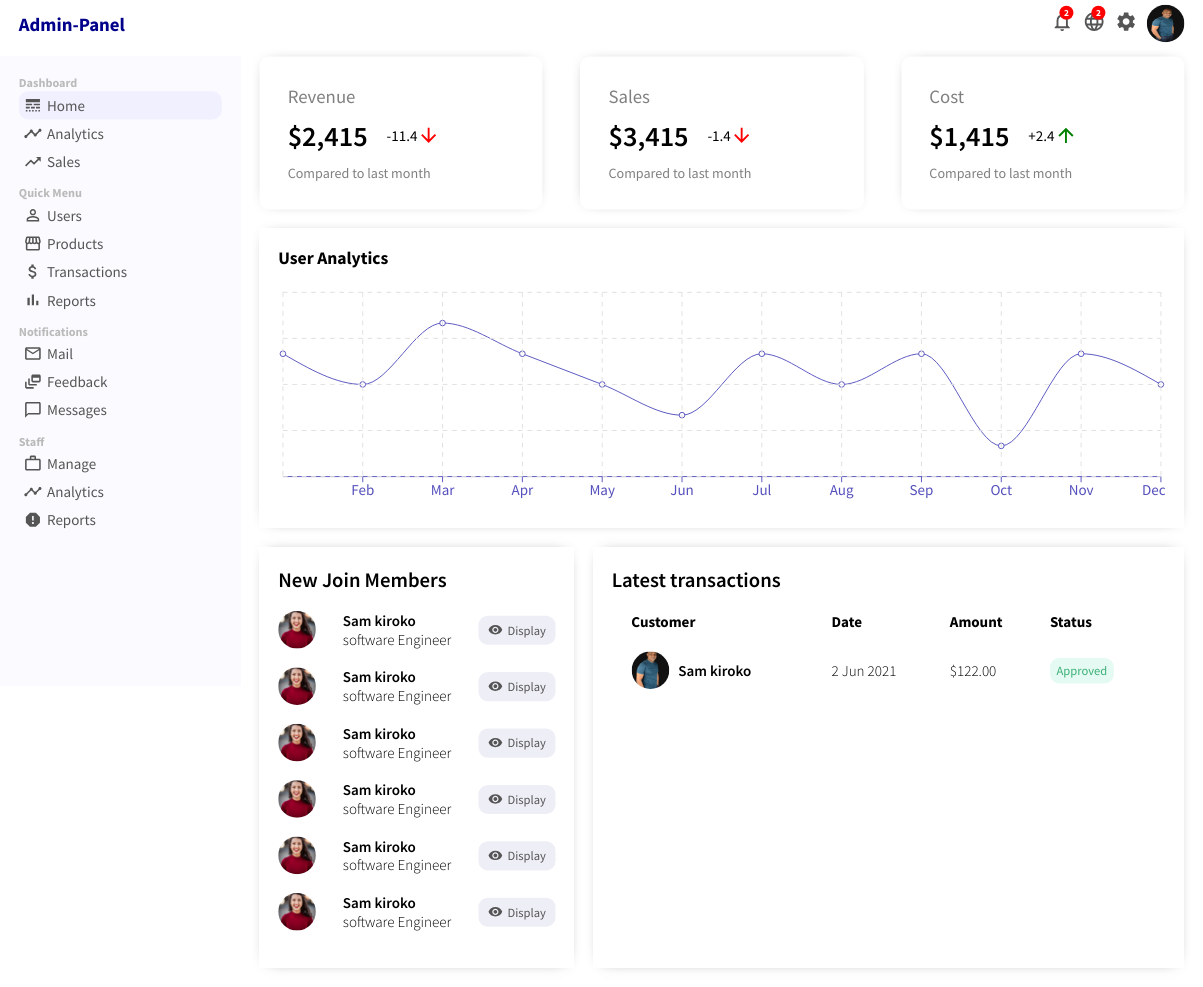
Repository: Samkiroko/admin-panel-ui
Page: /newUser
The author's editor kept a copy of each file at every save. The page is drawn from the files as they stood at one save, then again after the next save.
The browser window is 1280 px wide. The pictures show the whole page, at 94% of full size.
The project was rebuilt for these pictures with package versions that can differ from the ones it lists, and the page was loaded fresh each time.

Above is the page before, as saved 2021-09-22 22:20:49.

After the next save:
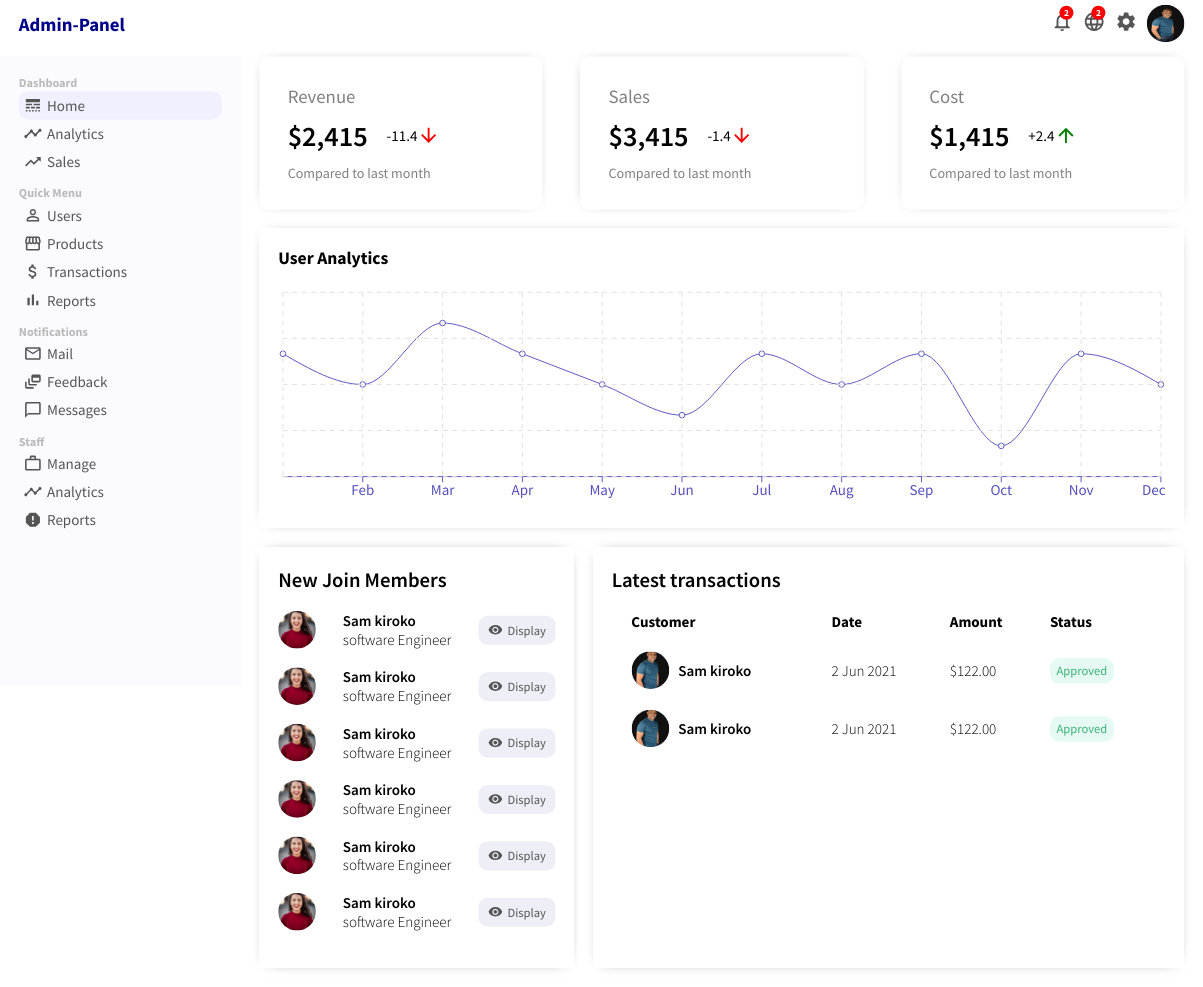
Saved 94 s later.
--- a/src/components/widgetLg/WidgetLg.js
+++ b/src/components/widgetLg/WidgetLg.js
@@ -28,6 +28,18 @@ const WidgetLg = () => {
             <Button type='Approved' />
           </td>
         </tr>
+        <tr className='widgetLgTr'>
+          <td className='widgetLgUser'>
+            {' '}
+            <img src={avatar} alt='avatar' className=' widgetLgImg' />
+            <span className='widgetLgName'>Sam kiroko</span>
+          </td>
+          <td className='widgetLgDate'>2 Jun 2021</td>
+          <td className='widgetLgAmount'>$122.00</td>
+          <td className='widgetLgStatus'>
+            <Button type='Approved' />
+          </td>
+        </tr>
       </table>
     </div>
   )
